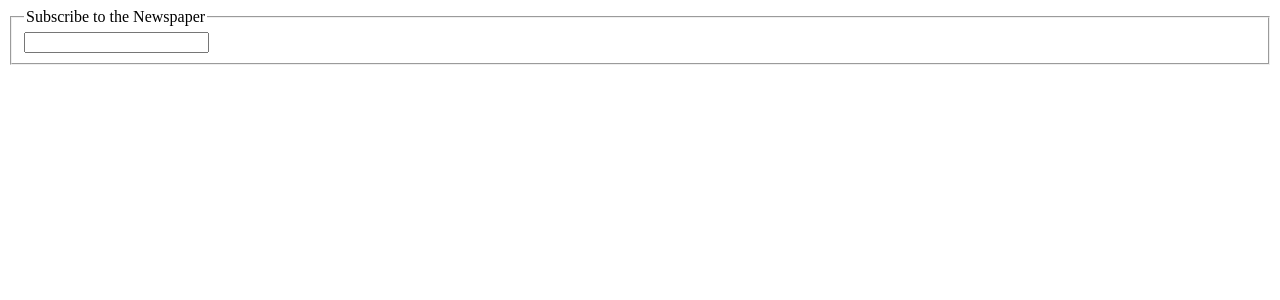
Repository: wakoya-tech/Node.js
Page: Desktop/Node-js/okey.html
These files come from the project's save history. The page is drawn as it stood at one moment and after the next save; the edit follows.
The browser window is 1280 px wide. The pictures show the whole page.

Above is the page before, as saved 2025-11-13 15:51:19.

After the next save:
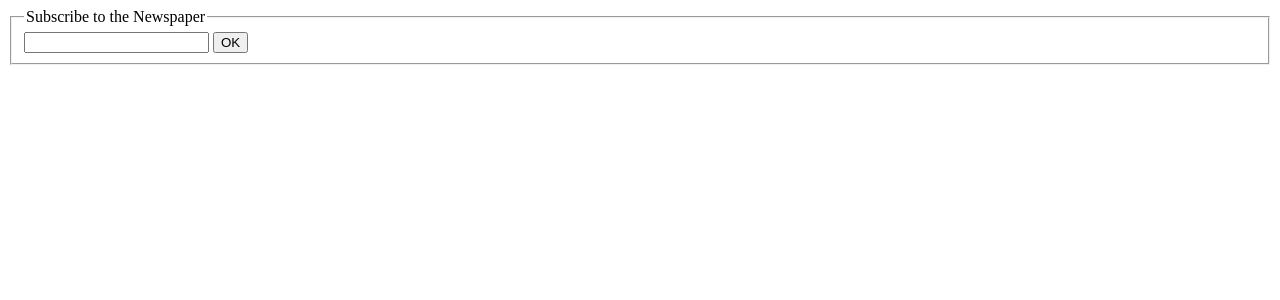
Saved 19 s later.
--- a/Desktop/Node-js/okey.html
+++ b/Desktop/Node-js/okey.html
@@ -10,6 +10,7 @@
 <fieldset>
 <legend>Subscribe to the Newspaper</legend>
 <input type="email"name="email">
+<button>OK</button>
 </fieldset>
 
 </form>
